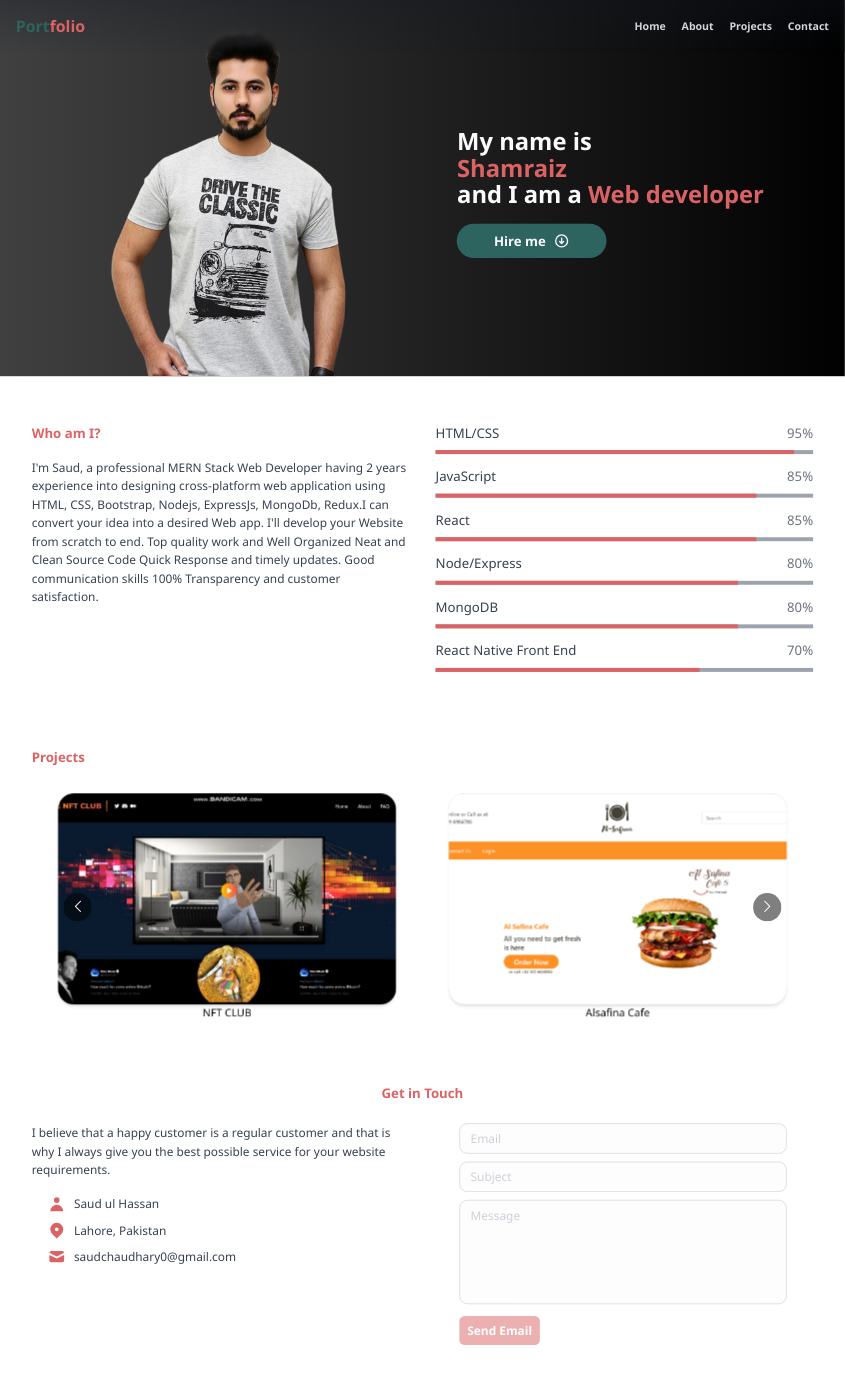
Repository: SaudCh/React-Portfolio-Shamraiz
Page: /
These files come from the project's save history. The page is drawn as it stood at one moment and after the next save; the edit follows.
The browser window is 1280 px wide. The pictures show the whole page, at 66% of full size.
The project was rebuilt for these pictures with package versions that can differ from the ones it lists, and the page was loaded fresh each time. Also part of the build but not shown: src/components/Projects/Features.js, src/components/Projects/ProjectDetails.js. Imported but missing from the stored project, and not drawn on this page: src/projects/alsafina/assets/alsafina.mp4, src/projects/investalog/assets/bandicam 2022-08-09 22-47-54-577.mp4, src/projects/ipl/assets/bandicam 2022-08-09 22-57-46-079.mp4, src/projects/nftClub/assets/video.mp4, src/projects/optics/assets/bandicam 2022-08-06 21-18-36-735.mp4.

Above is the page before, as saved 2022-08-10 14:08:38.

After the next save:
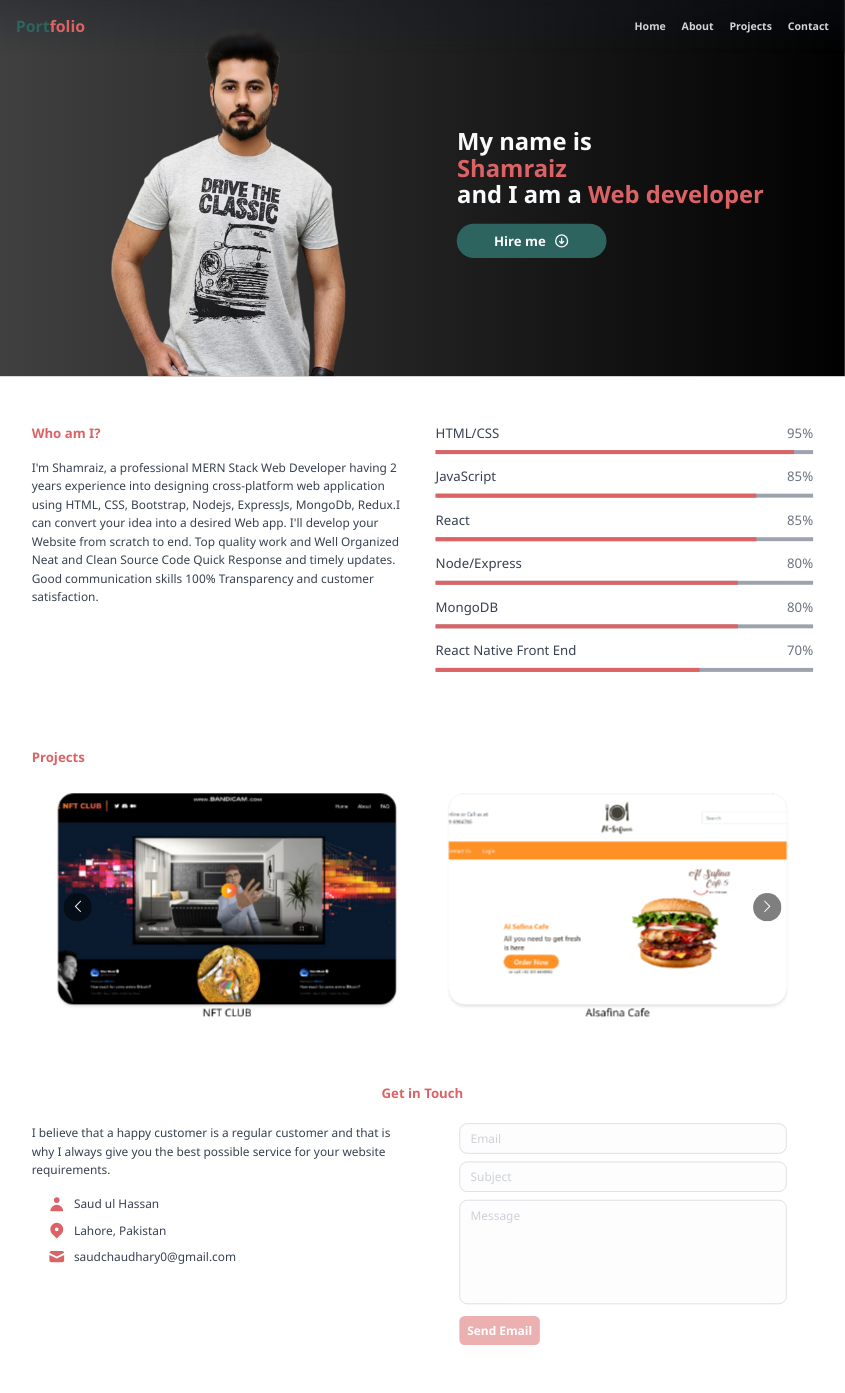
Saved 3 min 29 s later.
--- a/src/components/About/index.js
+++ b/src/components/About/index.js
@@ -11,7 +11,7 @@ const About = () => {
           Who am I?
         </h3>
         <p className="mt-6 text-justify text-lg text-gray-700 md:text-left">
-          I'm Saud, a professional MERN Stack Web Developer having 2 years
+          I'm Shamraiz, a professional MERN Stack Web Developer having 2 years
           experience into designing cross-platform web application using HTML,
           CSS, Bootstrap, Nodejs, ExpressJs, MongoDb, Redux.I can convert your
           idea into a desired Web app. I'll develop your Website from scratch to
